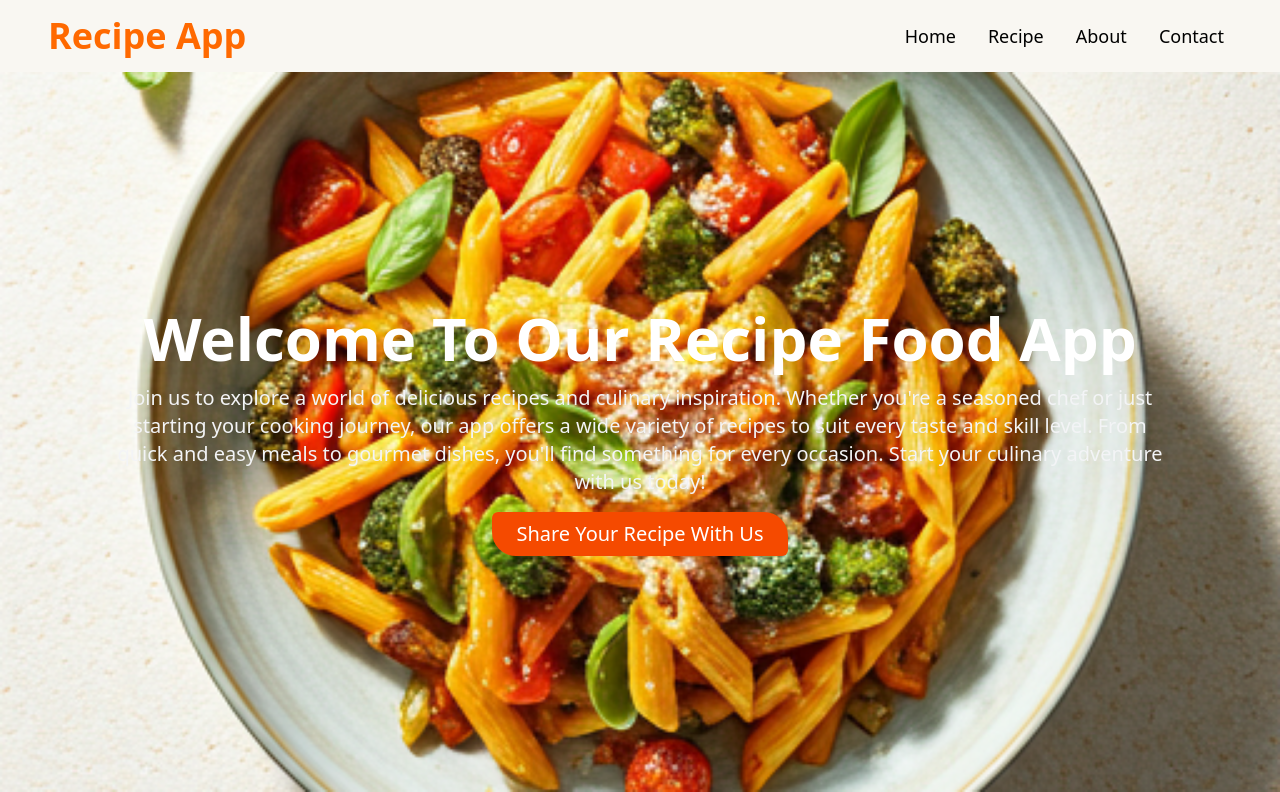
Repository: Eslam0Mohamed/mern-recipe-app
Page: / (app in FrontEnd/)
An editor plug-in stored every save of this project. The page is shown before and after a run of saves, followed by the edit.
The browser window is 1280 px wide. The pictures show the whole page.
The project was rebuilt for these pictures with package versions that can differ from the ones it lists, and the page was loaded fresh each time. Also part of the build but not shown: FrontEnd/vite.config.js.

Above is the page before, as saved 2026-05-07 18:54:10.

After the next 2 saves:
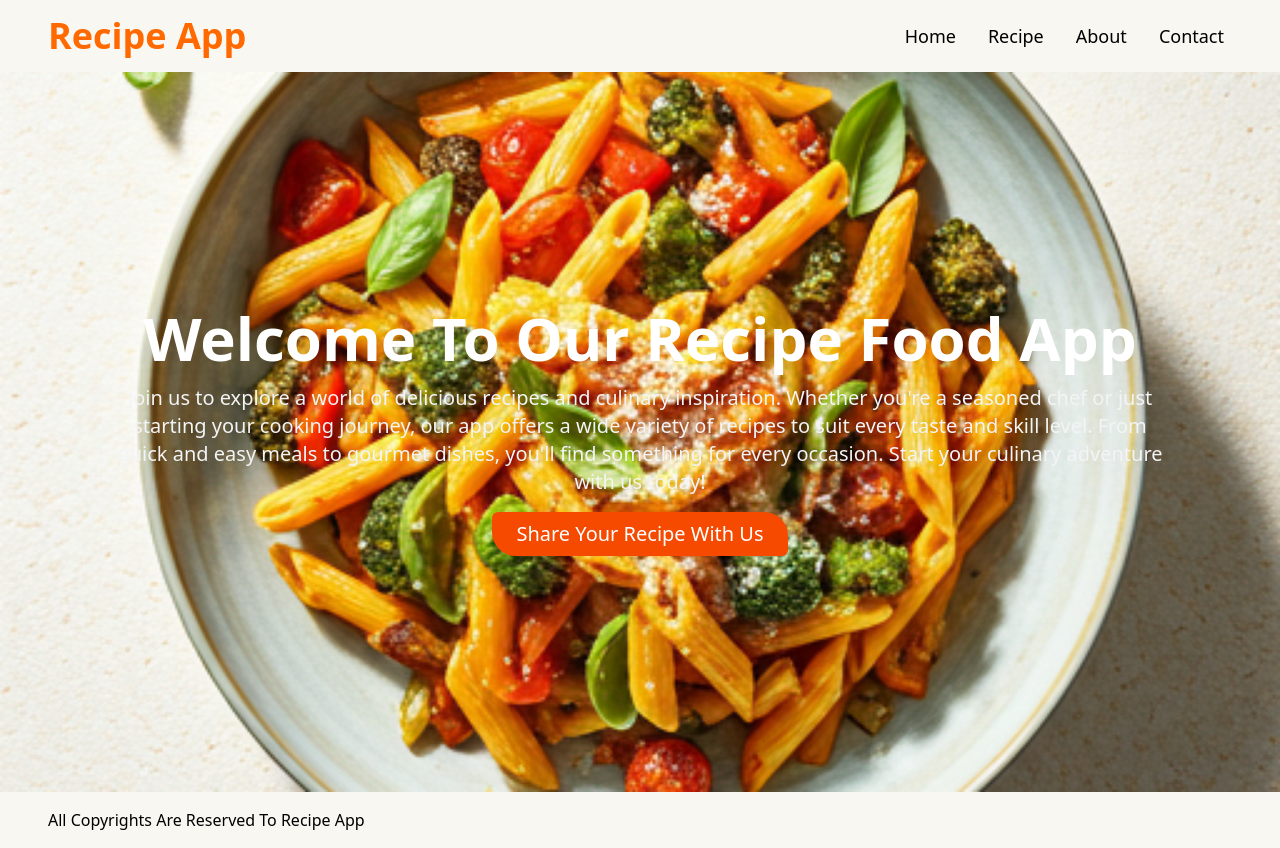
The 2 saves are shown as one change because they came seconds apart.
The last was saved 14 s later.
--- a/FrontEnd/src/components/Layout.jsx
+++ b/FrontEnd/src/components/Layout.jsx
@@ -1,12 +1,14 @@
 import React from 'react'
 import Navbar from './Navbar'
 import { Outlet } from 'react-router-dom'
+import Footer from './Footer'
 
 const Layout = () => {
   return (
     <div>
       <Navbar/>
       <Outlet/>
+      <Footer/>
     </div>
   )
 }
